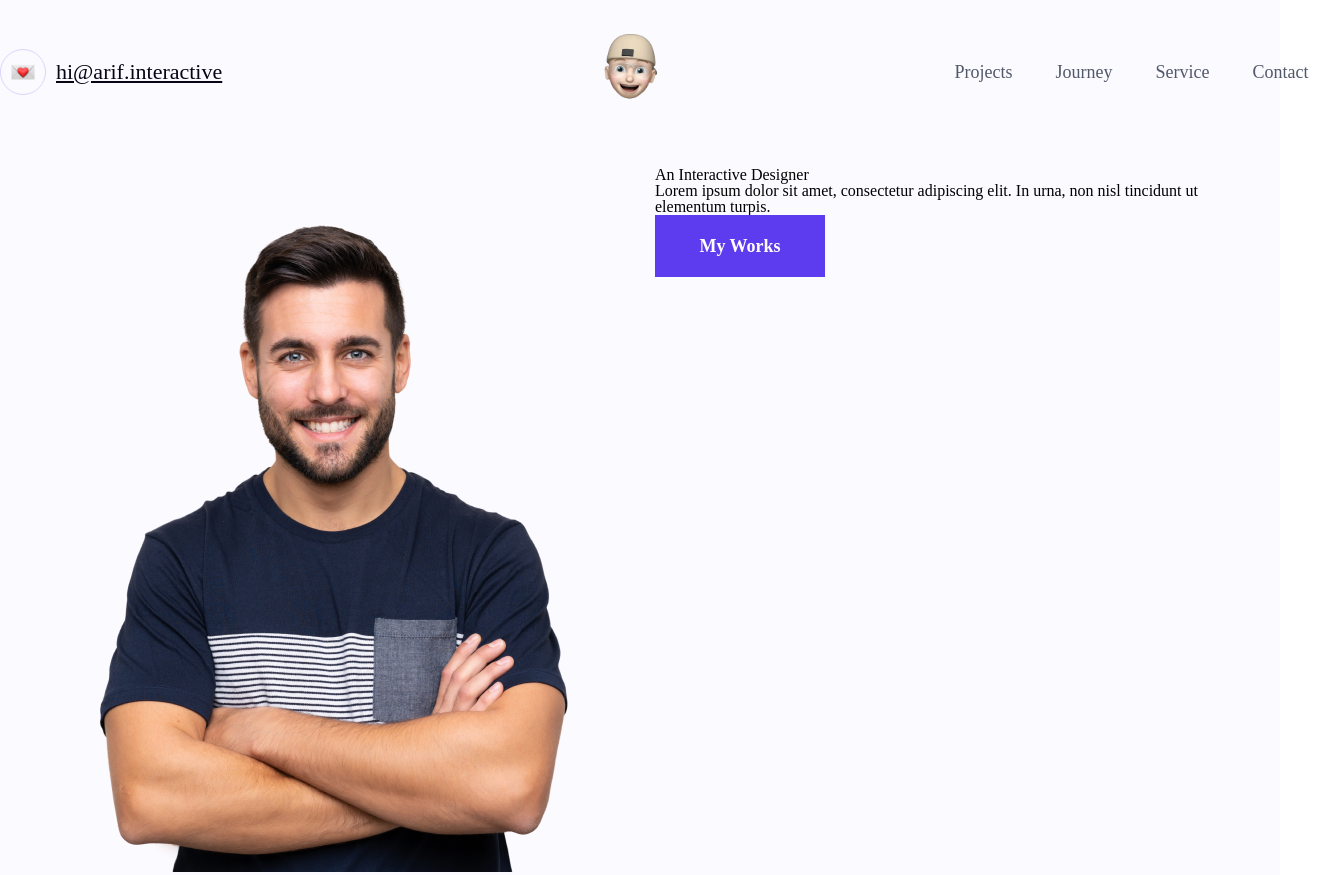
Repository: trantangtuan/project-06-grid-system12column-demo
Page: index.html
An editor plug-in stored every save of this project. The page is shown before and after the next save, followed by the edit.
The browser window is 1280 px wide. The page is 1330 px wide, so the pictures cover 1330 px, including what lies to the right of the window. The pictures show the whole page.

Above is the page before, as saved 2024-07-12 21:03:03.

### index.html
<!DOCTYPE html>
<html lang="en">
  <head>
    <meta charset="UTF-8" />
    <meta name="viewport" content="width=device-width, initial-scale=1.0" />
    <title>Project - 06 - use grid systerm 12 column</title>
    <!-- reset css -->
    <link rel="stylesheet" href="./assets/css/reset.css" />
    <!-- grid css -->
    <link rel="stylesheet" href="./assets/css/grid.css" />
    <!-- style css -->
    <link rel="stylesheet" href="./assets/css/style.css" />
    <!-- responsive css -->
    <link rel="stylesheet" href="./assets/css/responsive.css" />
  </head>
  <body>
    <!-- header -->
    <header class="header">
      <div class="nav">
        <div class="nav__mail">
          <div class="nav__mail-icon">
            <img
              class="nav__mail-img"
              src="./assets/img/mail-icon.png"
              alt="mail icon"
            />
          </div>
          <a
            href="mailto:nguyenvancuong0345723186@gmail.com"
            class="nav__mail-desc"
          >
            hi@arif.interactive
          </a>
        </div>
        <div class="logo">
          <img src="./assets/img/logo-boy.svg" alt="logo" class="logo-img" />
        </div>
        <ul class="navbar">
          <li>
            <a href="#!" class="navbar__item">Projects</a>
          </li>
          <li>
            <a href="#!" class="navbar__item">Journey</a>
          </li>
          <li>
            <a href="#!" class="navbar__item">Service</a>
          </li>
          <li>
            <a href="#!" class="navbar__item">Contact</a>
          </li>
        </ul>
      </div>
    </header>
    <!-- main -->
    <main class="main">
      <!-- hero -->
      <div class="hero">
        <div class="group-rectangle"></div>
        <div class="container">
          <div class="row">
            <div class="col-lg-6">
              <img
                src="./assets/img/hero-img.png"
                alt="image hero"
                class="hero__img"
              />
            </div>
            <div class="col-lg-6">
              <div class="hero__right">
                <h1 class="hero__title">An Interactive Designer</h1>
                <p class="hero__desc">
                  Lorem ipsum dolor sit amet, consectetur adipiscing elit. In
                  urna, non nisl tincidunt ut elementum turpis.
                </p>
                <div class="hero__cta"></div>
                <a href="#!" class="btn btn__my-detail">My Works</a>
              </div>
            </div>
          </div>
        </div>
      </div>
    </main>
  </body>
</html>

### assets/css/grid.css
.container,
.container-fluid {
  --spacer: 10px;
  --column-size: 12;
  width: 100%;
  margin-left: auto;
  margin-right: auto;
  padding-left: calc(var(--spacer) / 2);
  padding-right: calc(var(--spacer) / 2);
}

.row {
  display: flex;
  flex-wrap: wrap;

  margin: 0px calc(-1 * var(--spacer) / 2);
}

.gutter-0 {
  --spacer: 0;
}

[class*="offset-"] {
  margin-left: calc(100% / var(--column-size) * var(--offset-value));
}

.offset-1 {
  --offset-value: 1;
}

.offset-2 {
  --offset-value: 2;
}

.offset-3 {
  --offset-value: 3;
}

.offset-4 {
  --offset-value: 4;
}

.offset-5 {
  --offset-value: 5;
}

.offset-6 {
  --offset-value: 6;
}

.offset-7 {
  --offset-value: 7;
}

.offset-8 {
  --offset-value: 8;
}

.offset-9 {
  --offset-value: 9;
}

.offset-10 {
  --offset-value: 10;
}

.offset-11 {
  --offset-value: 11;
}

.col,
.row[class*="row-cols-"] > *,
.row > [class*="col-"] {
  padding-left: calc(var(--spacer) / 2);
  padding-right: calc(var(--spacer) / 2);
}

.row[class*="row-cols-"] > *,
.row > [class*="col-"] {
  flex: 0 0 auto;
}

.row[class*="row-cols-"] > * {
  width: calc(100% / var(--row-cols-number));
}

.row-cols-1 > * {
  --row-cols-number: 1;
}

.row-cols-2 > * {
  --row-cols-number: 2;
}

.row-cols-3 > * {
  --row-cols-number: 3;
}

.row-cols-4 > * {
  --row-cols-number: 4;
}

.row-cols-5 > * {
  --row-cols-number: 5;
}

.row-cols-6 > * {
  --row-cols-number: 6;
}

.row > [class*="col-"] {
  width: calc(100% / var(--column-size) * var(--column-number));
}

.col-1 {
  --column-number: 1;
}

.col-2 {
  --column-number: 2;
}

.col-3 {
  --column-number: 3;
}

.col-4 {
  --column-number: 4;
}

.col-5 {
  --column-number: 5;
}

.col-6 {
  --column-number: 6;
}

.col-7 {
  --column-number: 7;
}

.col-8 {
  --column-number: 8;
}

.col-9 {
  --column-number: 9;
}

.col-10 {
  --column-number: 10;
}

.col-11 {
  --column-number: 11;
}

.col-12 {
  --column-number: 12;
}

/* // Small devices (landscape phones, 576px and up) */
@media (min-width: 576px) {
  .container {
    --spacer: 20px;
    width: 540px;
  }

  .gutter-sm-0 {
    --spacer: 0;
  }

  .offset-sm-1 {
    --offset-value: 1;
  }

  .offset-sm-2 {
    --offset-value: 2;
  }

  .offset-sm-3 {
    --offset-value: 3;
  }

  .offset-sm-4 {
    --offset-value: 4;
  }

  .offset-sm-5 {
    --offset-value: 5;
  }

  .offset-sm-6 {
    --offset-value: 6;
  }

  .offset-sm-7 {
    --offset-value: 7;
  }

  .offset-sm-8 {
    --offset-value: 8;
  }

  .offset-sm-9 {
    --offset-value: 9;
  }

  .offset-sm-10 {
    --offset-value: 10;
  }

  .offset-sm-11 {
    --offset-value: 11;
  }

  .col-sm-1 {
    --column-number: 1;
  }

  .col-sm-2 {
    --column-number: 2;
  }

  .col-sm-3 {
    --column-number: 3;
  }

  .col-sm-4 {
    --column-number: 4;
  }

  .col-sm-5 {
    --column-number: 5;
  }

  .col-sm-6 {
    --column-number: 6;
  }

  .col-sm-7 {
    --column-number: 7;
  }

  .col-sm-8 {
    --column-number: 8;
  }

  .col-sm-9 {
    --column-number: 9;
  }

  .col-sm-10 {
    --column-number: 10;
  }

  .col-sm-11 {
    --column-number: 11;
  }

  .col-sm-12 {
    --column-number: 12;
  }

  .row-cols-sm-1 > * {
    --row-cols-number: 1;
  }

  .row-cols-sm-2 > * {
    --row-cols-number: 2;
  }

  .row-cols-sm-3 > * {
    --row-cols-number: 3;
  }

  .row-cols-sm-4 > * {
    --row-cols-number: 4;
  }

  .row-cols-sm-5 > * {
    --row-cols-number: 5;
  }

  .row-cols-sm-6 > * {
    --row-cols-number: 6;
  }
}

/* // Medium devices (tablets, 768px and up) */
@media (min-width: 768px) {
  .container {
    width: 720px;
  }

  .gutter-md-0 {
    --spacer: 0;
  }

  .offset-md-1 {
    --offset-value: 1;
  }

  .offset-md-2 {
    --offset-value: 2;
  }

  .offset-md-3 {
    --offset-value: 3;
  }

  .offset-md-4 {
    --offset-value: 4;
  }

  .offset-md-5 {
    --offset-value: 5;
  }

  .offset-md-6 {
    --offset-value: 6;
  }

  .offset-md-7 {
    --offset-value: 7;
  }

  .offset-md-8 {
    --offset-value: 8;
  }

  .offset-md-9 {
    --offset-value: 9;
  }

  .offset-md-10 {
    --offset-value: 10;
  }

  .offset-md-11 {
    --offset-value: 11;
  }

  .col-md-1 {
    --column-number: 1;
  }

  .col-md-2 {
    --column-number: 2;
  }

  .col-md-3 {
    --column-number: 3;
  }

  .col-md-4 {
    --column-number: 4;
  }

  .col-md-5 {
    --column-number: 5;
  }

  .col-md-6 {
    --column-number: 6;
  }

  .col-md-7 {
    --column-number: 7;
  }

  .col-md-8 {
    --column-number: 8;
  }

  .col-md-9 {
    --column-number: 9;
  }

  .col-md-10 {
    --column-number: 10;
  }

  .col-md-11 {
    --column-number: 11;
  }

  .col-md-12 {
    --column-number: 12;
  }

  .row-cols-md-1 > * {
    --row-cols-number: 1;
  }

  .row-cols-md-2 > * {
    --row-cols-number: 2;
  }

  .row-cols-md-3 > * {
    --row-cols-number: 3;
  }

  .row-cols-md-4 > * {
    --row-cols-number: 4;
  }

  .row-cols-md-5 > * {
    --row-cols-number: 5;
  }

  .row-cols-md-6 > * {
    --row-cols-number: 6;
  }
}

/* // Large devices (desktops, 992px and up) */
@media (min-width: 992px) {
  .container {
    width: 960px;
    --spacer: 30px;
  }

  .gutter-lg-0 {
    --spacer: 0;
  }

  .offset-lg-1 {
    --offset-value: 1;
  }

  .offset-lg-2 {
    --offset-value: 2;
  }

  .offset-lg-3 {
    --offset-value: 3;
  }

  .offset-lg-4 {
    --offset-value: 4;
  }

  .offset-lg-5 {
    --offset-value: 5;
  }

  .offset-lg-6 {
    --offset-value: 6;
  }

  .offset-lg-7 {
    --offset-value: 7;
  }

  .offset-lg-8 {
    --offset-value: 8;
  }

  .offset-lg-9 {
    --offset-value: 9;
  }

  .offset-lg-10 {
    --offset-value: 10;
  }

  .offset-lg-11 {
    --offset-value: 11;
  }

  .col-lg-1 {
    --column-number: 1;
  }

  .col-lg-2 {
    --column-number: 2;
  }

  .col-lg-3 {
    --column-number: 3;
  }

  .col-lg-4 {
    --column-number: 4;
  }

  .col-lg-5 {
    --column-number: 5;
  }

  .col-lg-6 {
    --column-number: 6;
  }

  .col-lg-7 {
    --column-number: 7;
  }

  .col-lg-8 {
    --column-number: 8;
  }

  .col-lg-9 {
    --column-number: 9;
  }

  .col-lg-10 {
    --column-number: 10;
  }

  .col-lg-11 {
    --column-number: 11;
  }

  .col-lg-12 {
    --column-number: 12;
  }

  .row-cols-lg-1 > * {
    --row-cols-number: 1;
  }

  .row-cols-lg-2 > * {
    --row-cols-number: 2;
  }

  .row-cols-lg-3 > * {
    --row-cols-number: 3;
  }

  .row-cols-lg-4 > * {
    --row-cols-number: 4;
  }

  .row-cols-lg-5 > * {
    --row-cols-number: 5;
  }

  .row-cols-lg-6 > * {
    --row-cols-number: 6;
  }
}

/* // X-Large devices (large desktops, 1200px and up) */
@media (min-width: 1200px) {
  .container {
    width: 1170px;
  }

  .gutter-xl-0 {
    --spacer: 0;
  }

  .offset-xl-1 {
    --offset-value: 1;
  }

  .offset-xl-2 {
    --offset-value: 2;
  }

  .offset-xl-3 {
    --offset-value: 3;
  }

  .offset-xl-4 {
    --offset-value: 4;
  }

  .offset-xl-5 {
    --offset-value: 5;
  }

  .offset-xl-6 {
    --offset-value: 6;
  }

  .offset-xl-7 {
    --offset-value: 7;
  }

  .offset-xl-8 {
    --offset-value: 8;
  }

  .offset-xl-9 {
    --offset-value: 9;
  }

  .offset-xl-10 {
    --offset-value: 10;
  }

  .offset-xl-11 {
    --offset-value: 11;
  }

  .col-xl-1 {
    --column-number: 1;
  }

  .col-xl-2 {
    --column-number: 2;
  }

  .col-xl-3 {
    --column-number: 3;
  }

  .col-xl-4 {
    --column-number: 4;
  }

  .col-xl-5 {
    --column-number: 5;
  }

  .col-xl-6 {
    --column-number: 6;
  }

  .col-xl-7 {
    --column-number: 7;
  }

  .col-xl-8 {
    --column-number: 8;
  }

  .col-xl-9 {
    --column-number: 9;
  }

  .col-xl-10 {
    --column-number: 10;
  }

  .col-xl-11 {
    --column-number: 11;
  }

  .col-xl-12 {
    --column-number: 12;
  }

  .row-cols-xl-1 > * {
    --row-cols-number: 1;
  }

  .row-cols-xl-2 > * {
    --row-cols-number: 2;
  }

  .row-cols-xl-3 > * {
    --row-cols-number: 3;
  }

  .row-cols-xl-4 > * {
    --row-cols-number: 4;
  }

  .row-cols-xl-5 > * {
    --row-cols-number: 5;
  }

  .row-cols-xl-6 > * {
    --row-cols-number: 6;
  }
}

### assets/css/style.css
:root {
  --primary-color: #5d3bee;
  --secondary-color: #51586a;
}

*,
::after,
::before {
  box-sizing: border-box;
}

html {
  font-size: 62.5%;
}

body {
  font-size: 1.6rem;
}

.item {
  /* width: 33.3333%; */
  border: 1px dashed orange;
  flex: 1 0;
}

/* ======================common======================== */

a {
  text-decoration: none;
  color: var(--secondary-color);
  font-size: 1.8rem;
  font-style: normal;
  font-weight: 400;
}

.btn {
  display: inline-block;
  height: 62px;
  min-width: 170px;
  background-color: var(--primary-color);
  padding: 0px 8px;
  color: #fdfdfd;
  font-size: 1.8rem;
  font-style: normal;
  font-weight: 700;
  line-height: 62px;
  text-align: center;
}

/* ==========================header========================= */

.header {
  background-color: #fbfaff;
  padding-top: 20px;
}

.nav {
  width: 1330px;
  margin: 0px auto;
  display: flex;
  align-items: center;
}

.nav__mail {
  display: flex;
  align-items: center;
  gap: 0 10px;
}

.nav__mail-icon {
  width: 46px;
  height: 46px;
  border-radius: 50%;
  border: 1px solid #dcd4fc;
  display: flex;
  align-items: center;
  justify-content: center;
}

.nav__mail-desc {
  color: #080415;
  font-size: 2.2rem;
  font-style: normal;
  font-weight: 500;
  line-height: 136.364%;
  text-decoration: underline;
}

.logo {
  margin-left: 357px;
}

.logo-img {
  height: 100px;
  width: 100px;
}

.navbar {
  margin-left: auto;
  display: flex;
  align-items: center;
}

.navbar__item {
  padding: 8px 21.5px;
}

/* ========================main================== */
/* hero */

.hero {
  padding-top: 44px;
  background-color: #fbfaff;
}

.hero__img {
  width: 514px;
}

Loaded but not shown: assets/css/reset.css (common file); assets/css/responsive.css (no stored copy; drawn as an empty file)

After the next save:
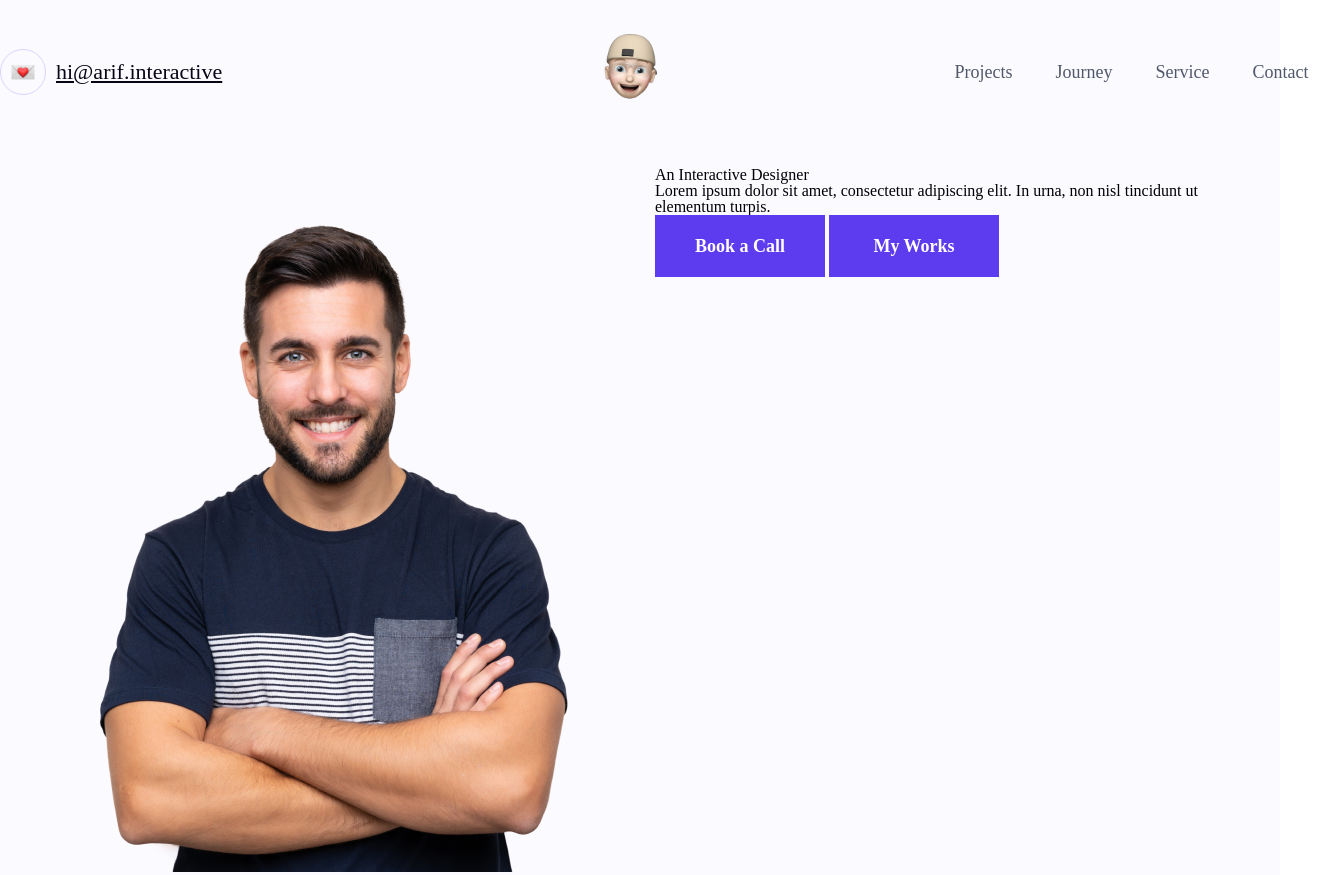
Saved 24 s later.
--- a/index.html
+++ b/index.html
@@ -72,8 +72,10 @@
                   Lorem ipsum dolor sit amet, consectetur adipiscing elit. In
                   urna, non nisl tincidunt ut elementum turpis.
                 </p>
-                <div class="hero__cta"></div>
-                <a href="#!" class="btn btn__my-detail">My Works</a>
+                <div class="hero__cta">
+                  <a href="#!" class="btn btn__book-call">Book a Call</a>
+                  <a href="#!" class="btn btn__my-detail">My Works</a>
+                </div>
               </div>
             </div>
           </div>
